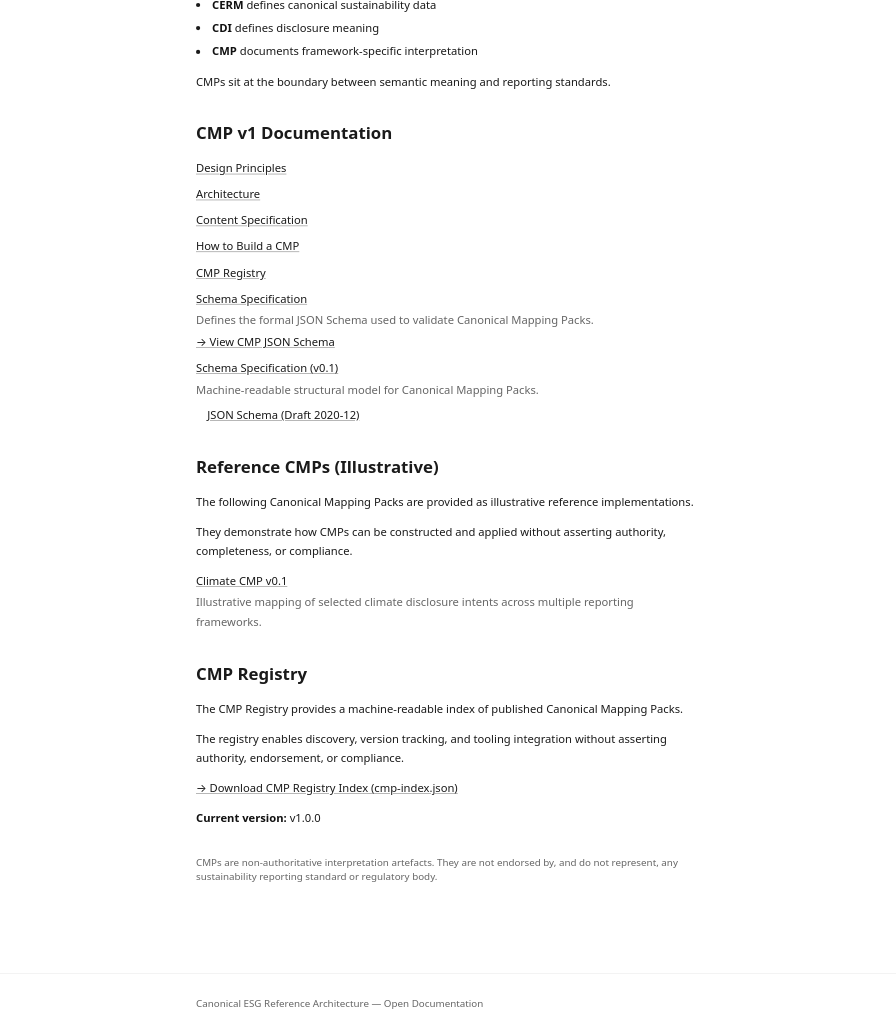
Repository: udaysxd/canonicalesg
Page: /cmp
An editor plug-in stored every save of this project. The page is shown before and after the next save, followed by the edit.
The browser window is 1280 px wide. The pictures show the part of the page from y = 1233 to 3153 px (the page is 2708 px tall before and 3153 px after), at 70% of full size.
The project was rebuilt for these pictures with package versions that can differ from the ones it lists, and the page was loaded fresh each time. The framework's server and built-in components were replaced by stand-ins that run in the browser. Also part of the build but not shown: next.config.ts.

Above is the page before, as saved 2026-02-02 19:03:42.

After the next save:
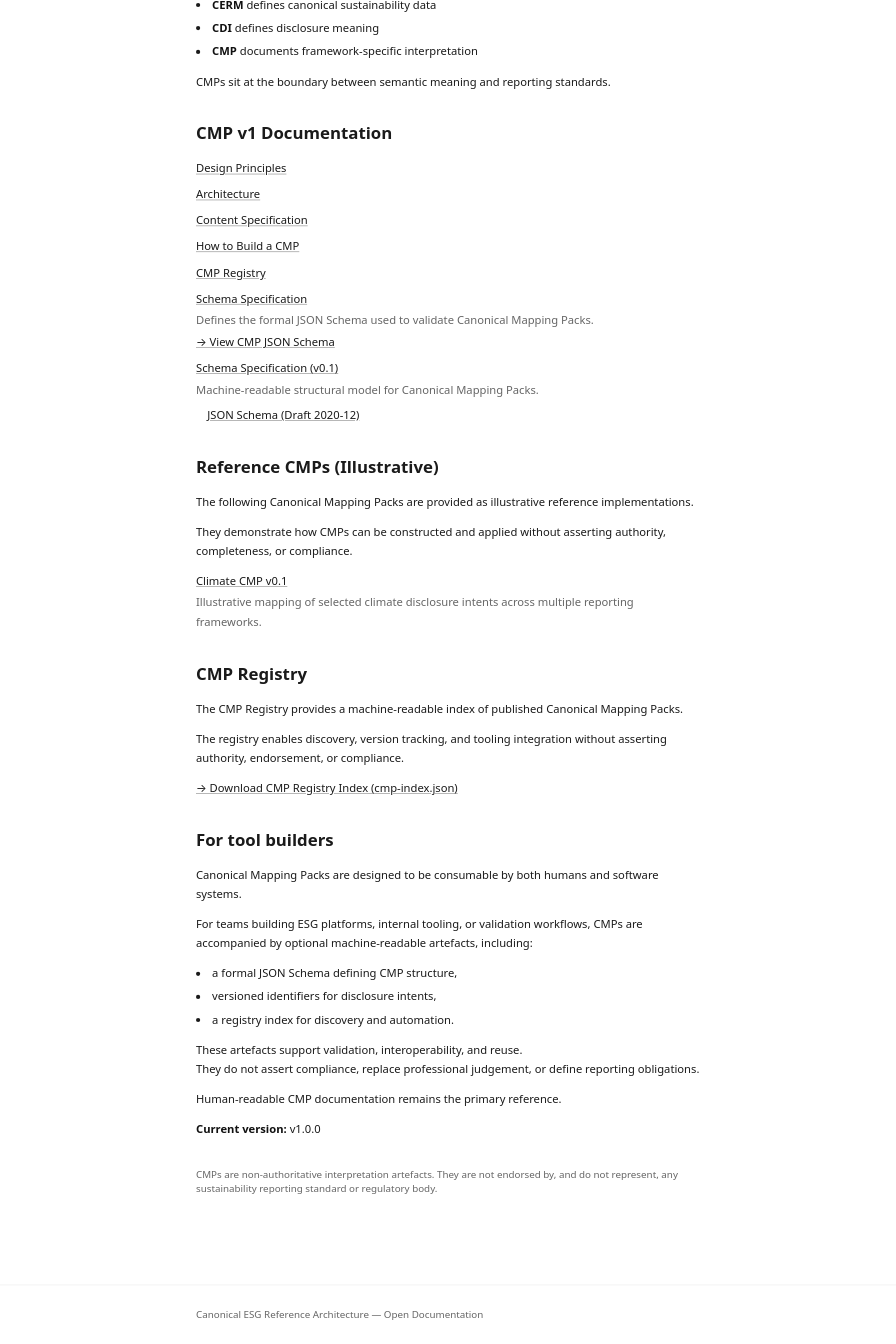
Saved 7 min 2 s later.
--- a/src/app/cmp/page.tsx
+++ b/src/app/cmp/page.tsx
@@ -110,6 +110,27 @@ export default function CMPPage() {
           <Link href="/content/cmp/registry/cmp-index.json" className="text-[#1a1a1a] underline underline-offset-[0.15em] decoration-[#999] hover:decoration-[#1a1a1a]">→ Download CMP Registry Index (cmp-index.json)</Link>
         </p>
 
+        <h2 className="text-[1.5rem] font-semibold text-[#1a1a1a] mb-4 mt-10">For tool builders</h2>
+        <p className="text-[#1a1a1a] mb-4">
+          Canonical Mapping Packs are designed to be consumable by both humans and software systems.
+        </p>
+        <p className="text-[#1a1a1a] mb-4">
+          For teams building ESG platforms, internal tooling, or validation workflows, CMPs are accompanied by optional machine-readable artefacts, including:
+        </p>
+        <ul className="list-disc list-inside text-[#1a1a1a] mb-4 space-y-1.5">
+          <li>a formal JSON Schema defining CMP structure,</li>
+          <li>versioned identifiers for disclosure intents,</li>
+          <li>a registry index for discovery and automation.</li>
+        </ul>
+        <p className="text-[#1a1a1a] mb-4">
+          These artefacts support validation, interoperability, and reuse.
+          <br />
+          They do not assert compliance, replace professional judgement, or define reporting obligations.
+        </p>
+        <p className="text-[#1a1a1a] mb-4">
+          Human-readable CMP documentation remains the primary reference.
+        </p>
+
         <p className="text-[#1a1a1a] mb-4"><strong className="font-semibold text-[#111]">Current version:</strong> v1.0.0</p>
 
         <p className="text-sm text-[#666] mt-10">
